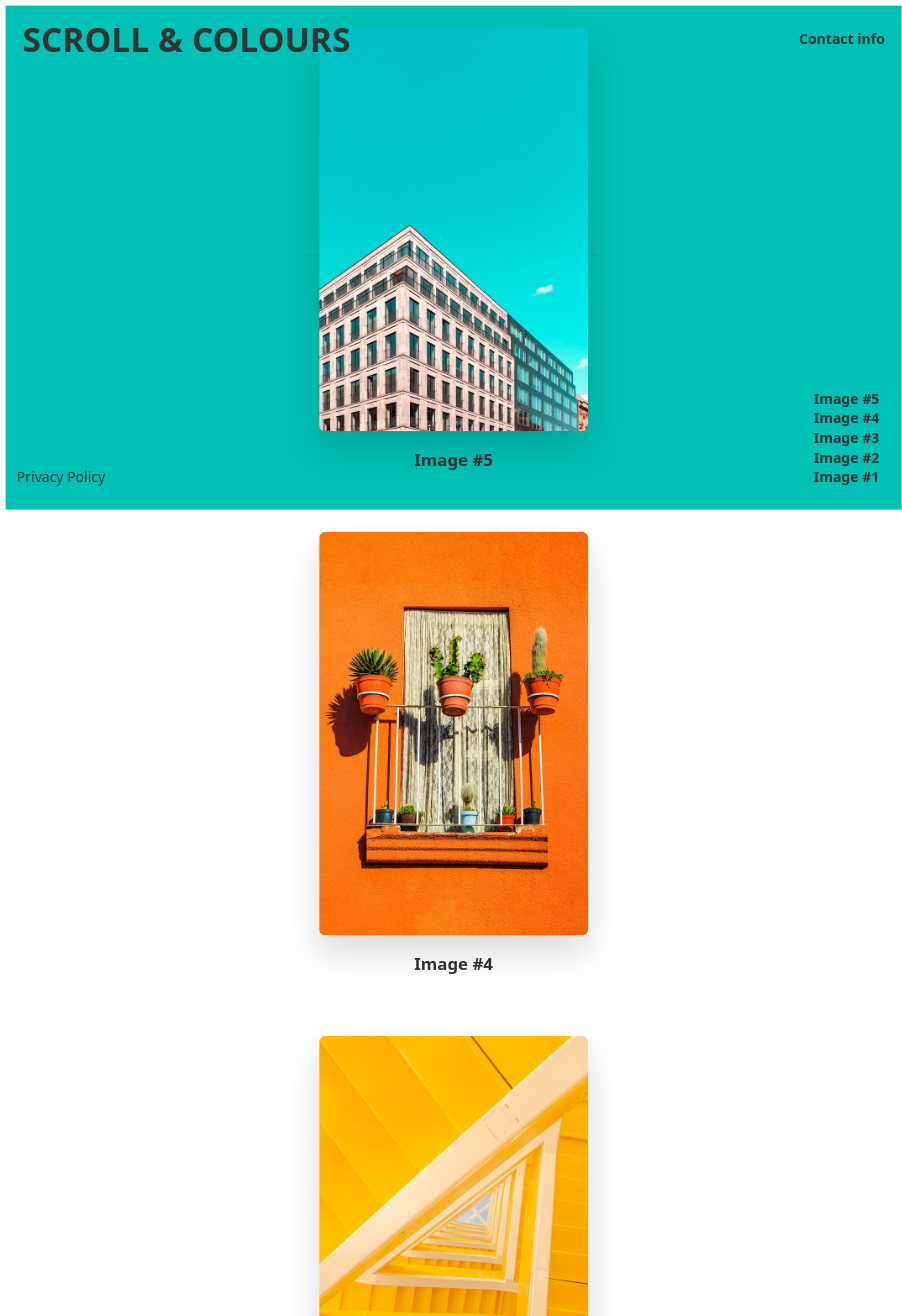
Repository: chelle-c/smooth-scroll-colours
Page: /
An editor plug-in stored every save of this project. The page is shown before and after the next save, followed by the edit.
The browser window is 1280 px wide. The page is 1288 px wide, then 1280 px, so the pictures cover 1288 px, including what lies to the right of the window. The pictures show the part of the page from y = 0 to 1880 px (the page is 3608 px tall before and 728 px after), at 70% of full size.
An inner scrolling area shows only its first screen. The project was rebuilt for these pictures with package versions that can differ from the ones it lists, and the page was loaded fresh each time. Imported but missing from the stored project, and not drawn on this page: images.

Above is the page before, as saved 2022-09-25 17:49:43.

After the next save:
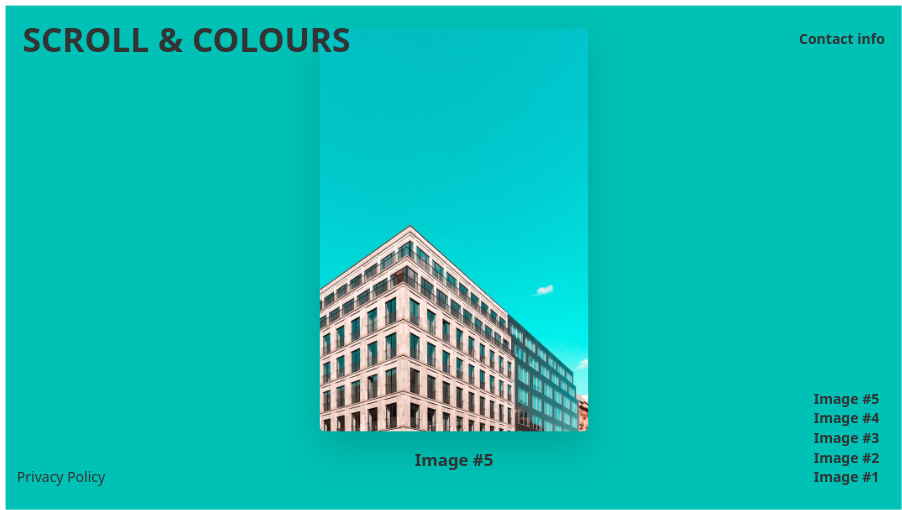
Saved 2 min 0 s later.
--- a/src/App.svelte
+++ b/src/App.svelte
@@ -34,7 +34,7 @@
 	on:scroll={() => setColour()}
 />
 
-<main class="min-w-full min-h-screen flex flex-col scroll-smooth">
+<main class="min-w-full min-h-screen flex flex-col scrollsnap-container scroll-smooth">
 	<div
 		id="background"
 		transition:fade={{ delay: 25, duration: 500 }}
@@ -94,14 +94,6 @@
 		margin: 0;
 		padding: 0;
 		overflow: hidden;
-		max-height: 100vh;
-		overflow-x: hidden;
-		overflow-y: scroll;
-		scroll-snap-type: mandatory; /* for older browsers */
-		scroll-snap-points-y: repeat(100vh); /* for older browsers */
-		scroll-snap-type: y mandatory;
-		background: transparent;
-		scrollbar-width: none;
 	}
 
 	.scrollsnap-container {
